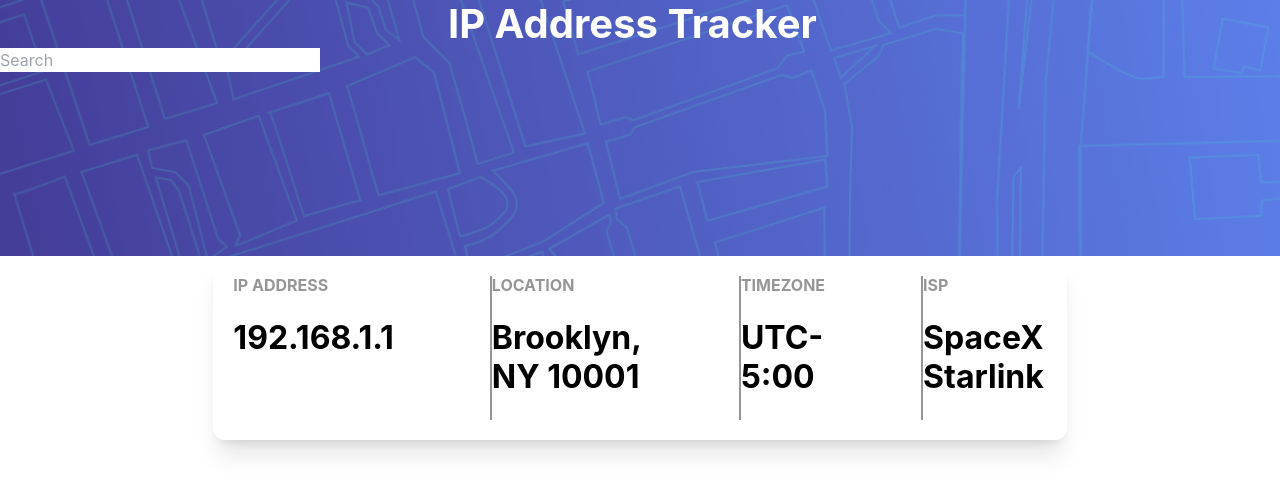
Repository: Dealsy/IP-Tracker
Page: /
The author's editor kept a copy of each file at every save. The page is drawn from the files as they stood at one save, then again after the next save.
The browser window is 1280 px wide. The pictures show the whole page.
The project was rebuilt for these pictures with package versions that can differ from the ones it lists, and the page was loaded fresh each time. The framework's server and built-in components were replaced by stand-ins that run in the browser. Also part of the build but not shown: next.config.js.

Above is the page before, as saved 2022-04-21 21:55:44.

### pages/index.js
import Head from "next/head";

export default function Home() {
  return (
    <div>
      <Head>
        <title>Create Next App</title>
        <meta name="description" content="Generated by create next app" />
        <link rel="icon" href="/favicon.ico" />
      </Head>

      <main>
        <div className="bg-Backdrop h-64 bg-no-repeat	 bg-cover">
          <h1 className="text-white w-96 m-auto">IP Address Tracker</h1>
          <input className="m-auto w-80" type="search" placeholder="Search" />
        </div>

        <div className="flex flex-row justify-evenly border-0 shadow-xl w-4/6 m-auto rounded-xl p-5">
          <div className=" border-r-2 border-Gray pr-24">
            <h3>IP ADDRESS</h3>
            <h2> 192.168.1.1 </h2>
          </div>
          <div className=" border-r-2 border-Gray pr-24">
            <h3> LOCATION </h3>
            <h2> Brooklyn, NY 10001 </h2>
          </div>
          <div className=" border-r-2 border-Gray pr-24">
            <h3>TIMEZONE</h3>
            <h2> UTC-5:00 </h2>
          </div>
          <div>
            <h3>ISP</h3>
            <h2>SpaceX Starlink</h2>
          </div>
        </div>
      </main>

      <footer></footer>
    </div>
  );
}

### styles/globals.css
@tailwind base;
@tailwind components;
@tailwind utilities;


h1 {
  font-size: 2.5rem;
  font-weight: 700;
  line-height: 1.2;
  margin-bottom: 1.5rem;
}

h2 {
  font-size: 2rem;
  font-weight: 700;
  line-height: 1.2;
  margin-bottom: 1.5rem;
}

h3 {
  font-size: 1rem;
  font-weight: 700;
  line-height: 1.2;
  margin-bottom: 1.5rem;
  color: #969696;
}


html,
body {
  padding: 0;
  margin: 0;
  font-family: -apple-system, BlinkMacSystemFont, Segoe UI, Roboto, Oxygen,
    Ubuntu, Cantarell, Fira Sans, Droid Sans, Helvetica Neue, sans-serif;
}

a {
  color: inherit;
  text-decoration: none;
}

* {
  box-sizing: border-box;
}

### tailwind.config.js
module.exports = {
  content: [
    "./pages/**/*.{js,ts,jsx,tsx}",
    "./components/**/*.{js,ts,jsx,tsx}",
  ],
  theme: {
    extend: {
      colors: {
        "Dark-Gray": "#2b2b2b",
        Gray: "#969696",
      },
      backgroundImage: {
        Backdrop: "url('../images/pattern-bg.png')",
      },
    },
  },
  plugins: [],
};

Loaded but not shown: pages/_app.js (common file)

After the next save:
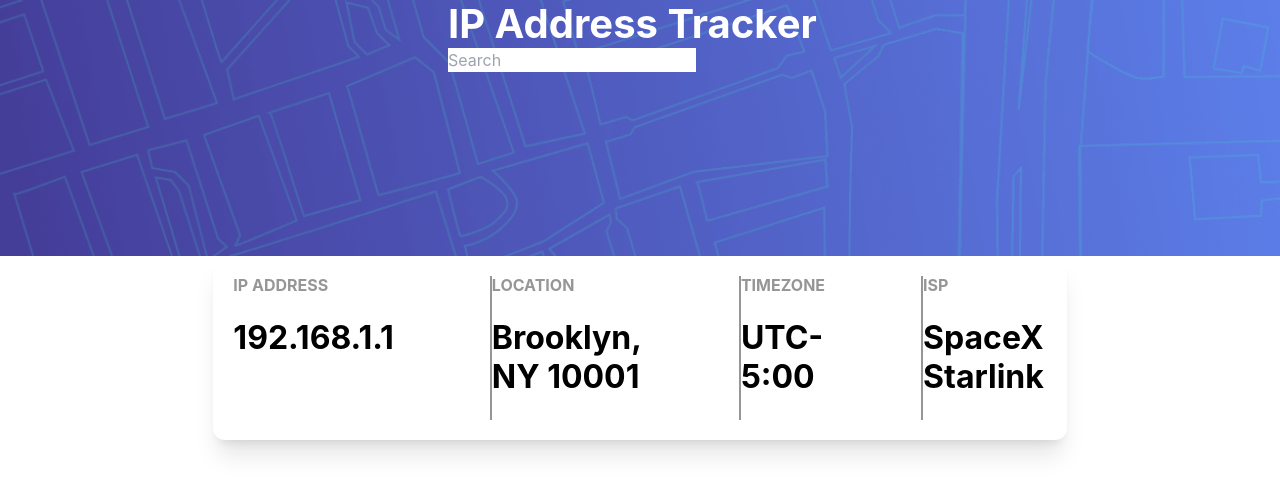
Saved 39 s later.
--- a/pages/index.js
+++ b/pages/index.js
@@ -12,7 +12,9 @@ export default function Home() {
       <main>
         <div className="bg-Backdrop h-64 bg-no-repeat	 bg-cover">
           <h1 className="text-white w-96 m-auto">IP Address Tracker</h1>
-          <input className="m-auto w-80" type="search" placeholder="Search" />
+          <div className="w-96 m-auto">
+            <input type="search" placeholder="Search" />
+          </div>
         </div>
 
         <div className="flex flex-row justify-evenly border-0 shadow-xl w-4/6 m-auto rounded-xl p-5">
